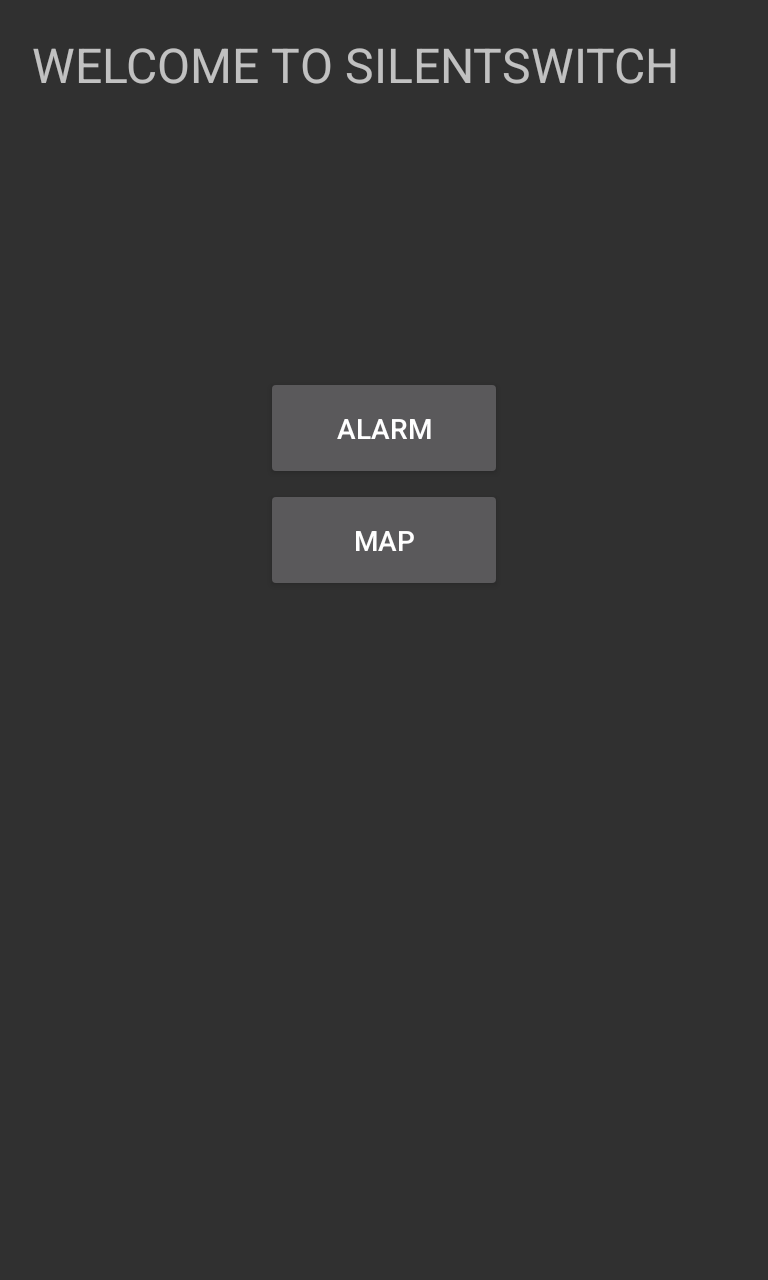
Repository: karakor/SilentSwitch2
Layout: SilentSwitch/res/layout/activity_main.xml
These files come from the project's save history. The layout is drawn as it stood at one moment and after the next save; the edit follows.
It is drawn on a 768 x 1280 px phone screen (xhdpi) without system bars, with theme Theme.AppCompat; the app's code is not run.

Above is the layout before, as saved 2015-03-02 10:36:44.

After the next save:
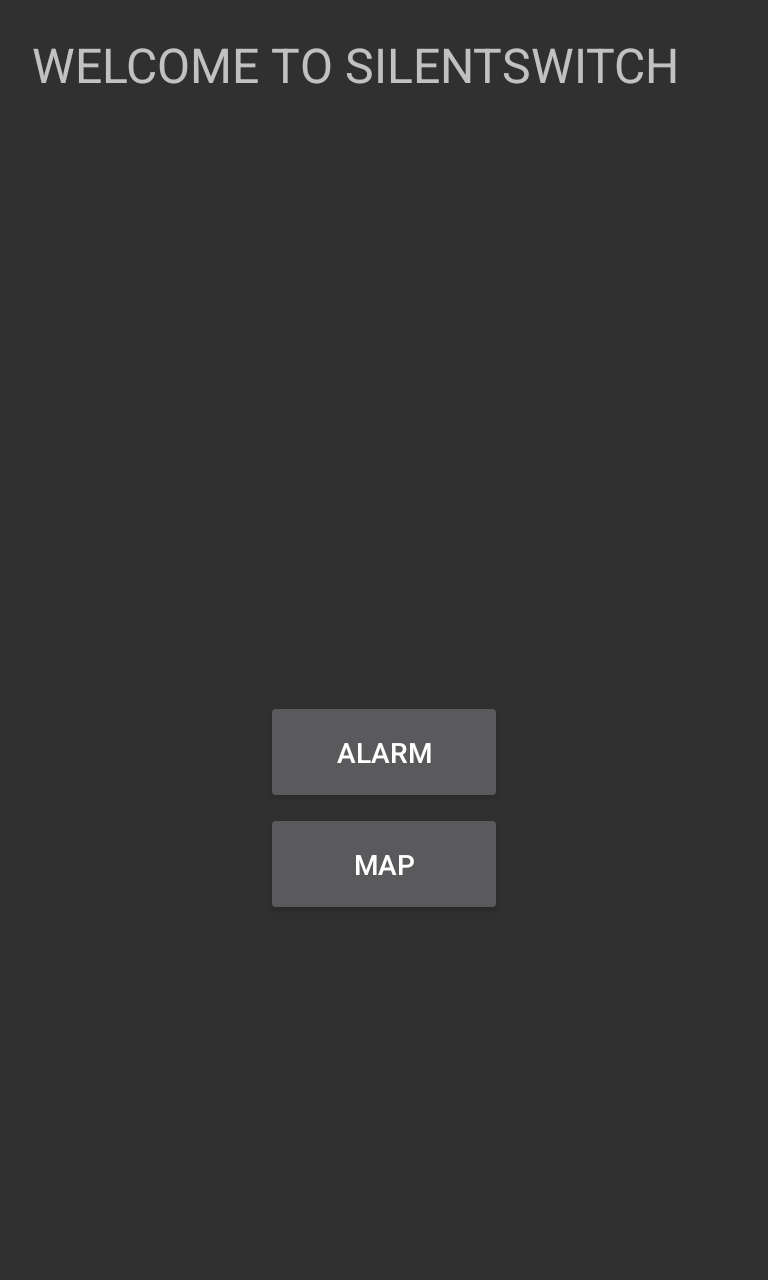
Saved 27 s later.
--- a/SilentSwitch/res/layout/activity_main.xml
+++ b/SilentSwitch/res/layout/activity_main.xml
@@ -21,7 +21,7 @@
         android:layout_height="wrap_content"
         android:layout_below="@+id/textView1"
         android:layout_centerHorizontal="true"
-        android:layout_marginTop="138dp"
+        android:layout_marginTop="300dp"
         android:height="55dp"
         android:text="@string/Alarm_btn"
         android:width="120dp" />
